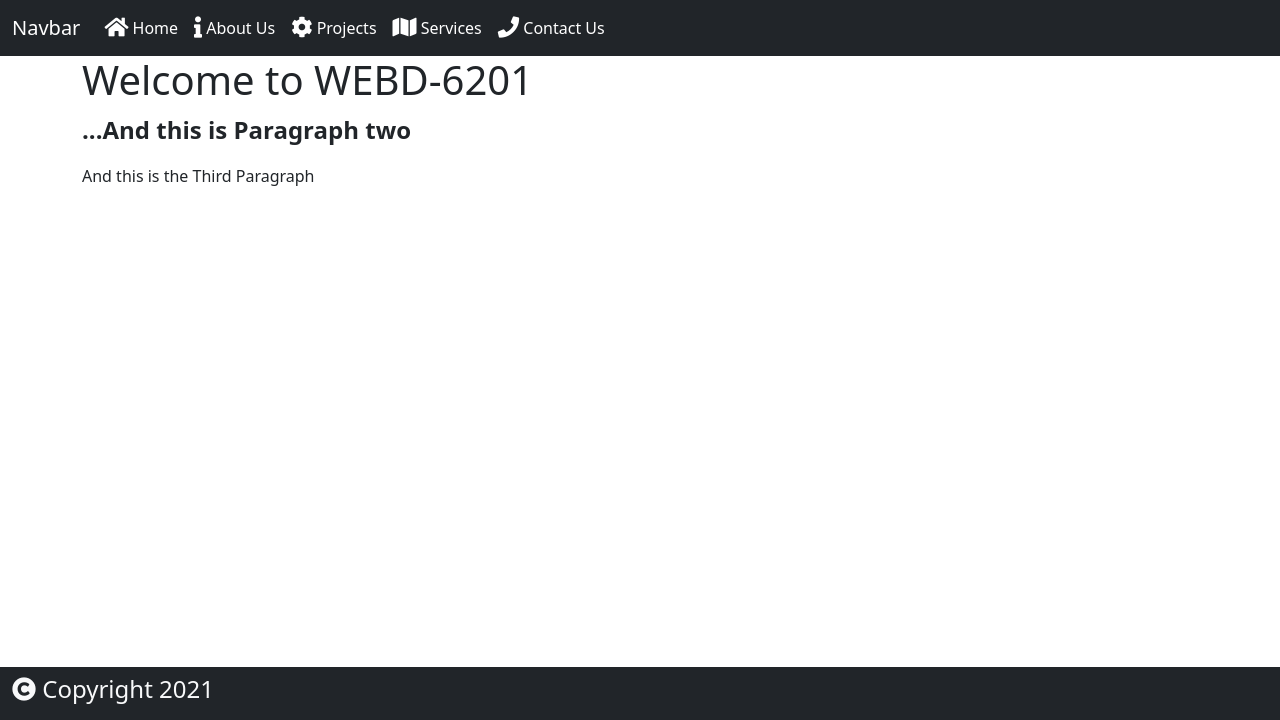
Repository: CKM206/WEBD6201-W2021---ICE1
Page: index.html
An editor plug-in stored every save of this project. The page is shown before and after the next save, followed by the edit.
The browser window is 1280 px wide. The pictures show the whole page.

Above is the page before, as saved 2021-01-21 08:31:35.

After the next save:
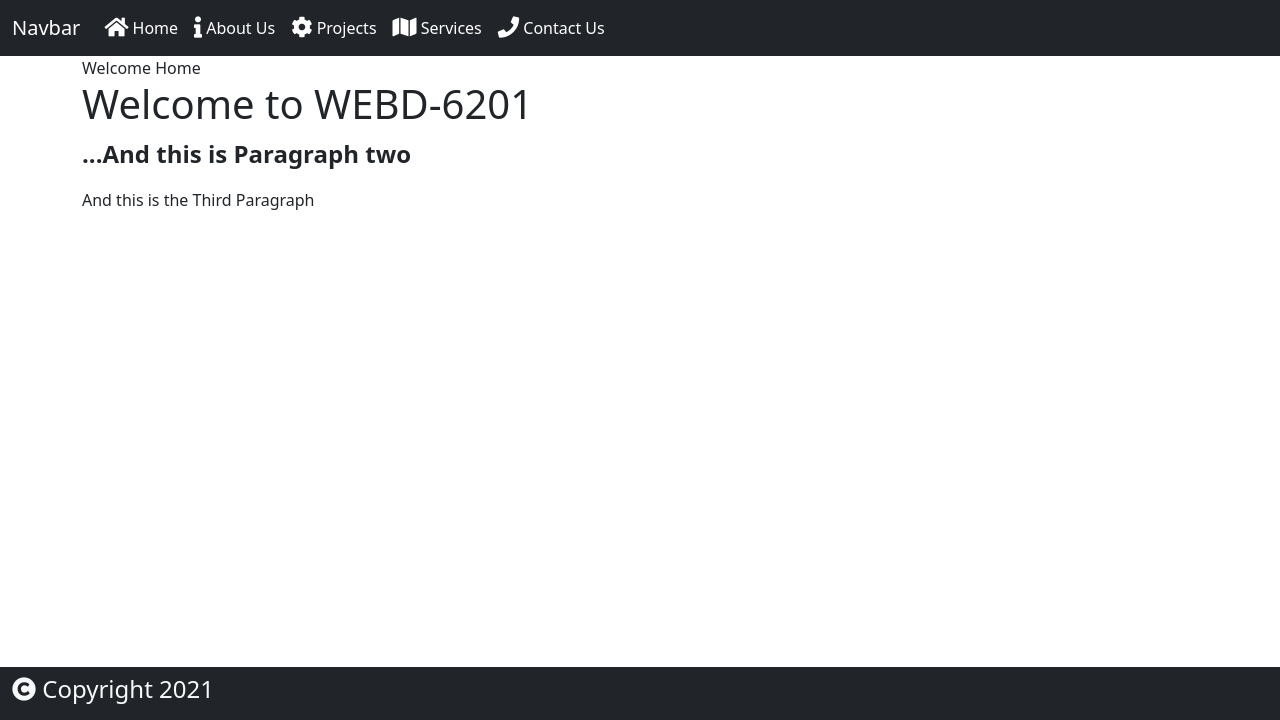
Saved 3 min 21 s later.
--- a/Scripts/app.js
+++ b/Scripts/app.js
@@ -76,6 +76,9 @@
        //-Removing a child element
        mainContent.removeChild(paragraphOneElement);
 
+       // Updating & Modification
+       mainContent.firstChild.textContent = "Welcome Home";
+
 
     }
 

After the save that followed:
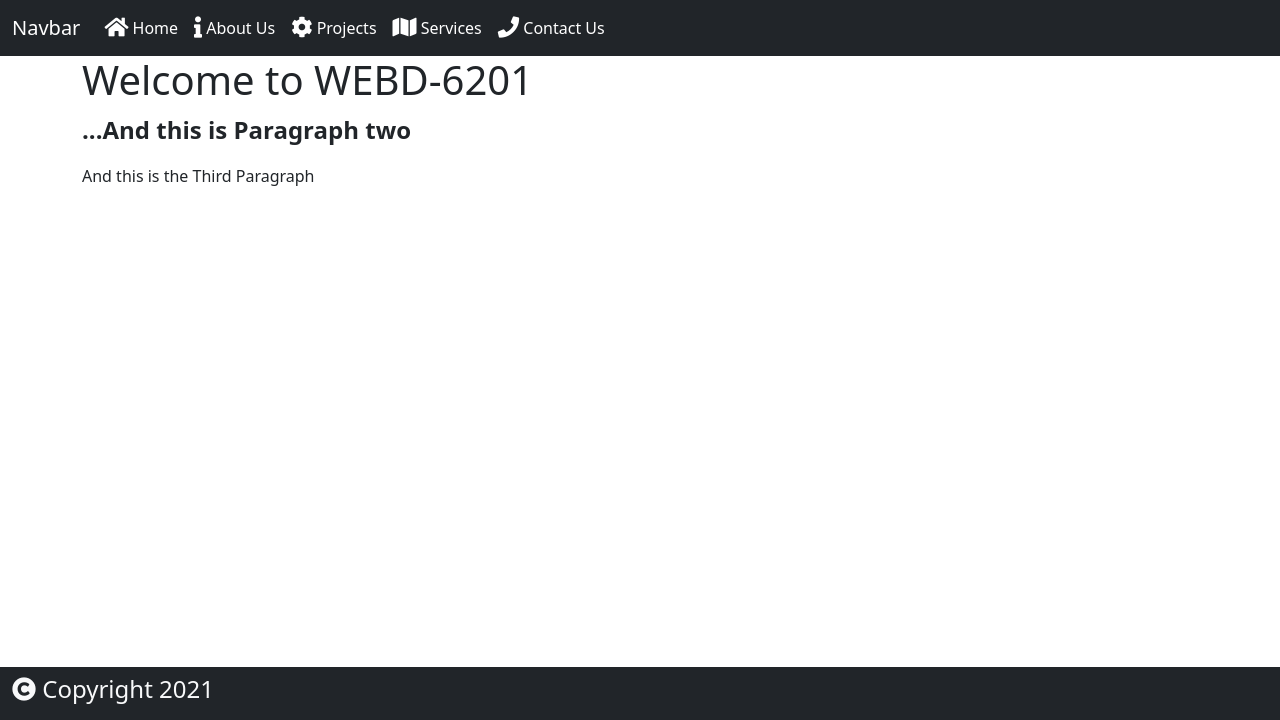
Console error: TypeError: Cannot set properties of undefined (setting 'textContent')
Saved 9 s later.
--- a/Scripts/app.js
+++ b/Scripts/app.js
@@ -77,7 +77,7 @@
        mainContent.removeChild(paragraphOneElement);
 
        // Updating & Modification
-       mainContent.firstChild.textContent = "Welcome Home";
+       mainContent.ElementChild.textContent = "Welcome Home";
 
 
     }
